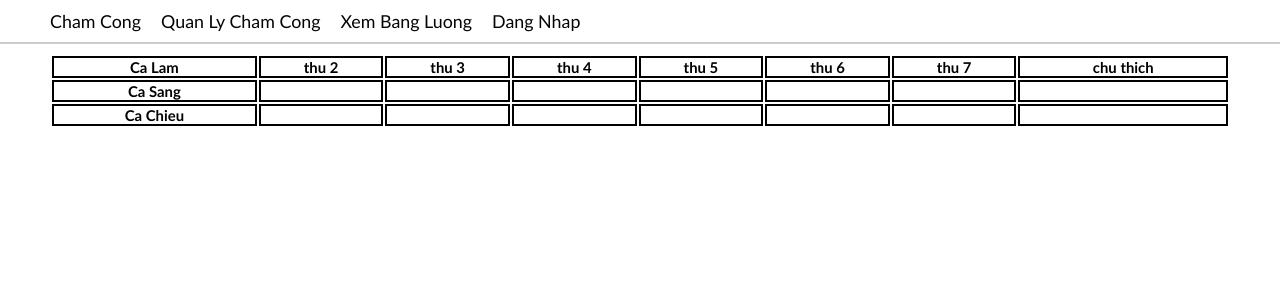
Repository: LDDUNG2003/a
Page: index.html
An editor plug-in stored every save of this project. The page is shown before and after the next save, followed by the edit.
The browser window is 1280 px wide. The pictures show the whole page.

Above is the page before, as saved 2023-10-14 20:03:31.

### index.html
<!DOCTYPE html>
<html lang="en">

<head>
    <meta charset="UTF-8">
    <meta name="viewport" content="width=device-width, initial-scale=1.0">
    <title>trang chu</title>
    <link rel="stylesheet" href="./controlView/css/base.css">
    <link rel="stylesheet" href="./controlView/css/index.css">
</head>

<body>
    <div class="main">
        <!-- start header -->
        <header class="app__header">
            <nav class="navBar">
                <ul class="navBar-list">
                    <li class="navBar--items"><a href="" class="navbar--link">Cham cong</a></li>
                    <li class="navBar--items"><a href="" class="navbar--link">Quan ly cham cong</a></li>
                    <li class="navBar--items">
                        <a href="" class="navbar--link">Xem bang luong</a></li>
                    <!-- login  -->
                    <li class="navBar--items">
                        <a href="./login.html" class="navbar--link">dang nhap</a></li>
                    <!-- admin menu -->
                    <!-- <li class="navBar--items">
                        admin
                        <ul class="account-list">
                            <li class="account--item"><a href="" class="navbar--link">admin</a></li>
                            <li class="account--item"><a href="" class="navbar--link">quan li nhan su</a></li>
                            <li class="account--item"><a href="" class="navbar--link">dang xuat</a></li>
                        </ul>
                    </li> -->
                    <!-- personnel menu -->
                    <!-- <li class="navBar--items">
                        account name
                        <ul class="account-list">
                            <li class="account--item"><a href="" class="navbar--link">cai dat tai khoan</a></li>
                            <li class="account--item"><a href="" class="navbar--link">dang ki ca lam</a></li>
                            <li class="account--item"><a href="" class="navbar--link">dang xuat</a></li>
                        </ul>
                    </li> -->
                </ul>
            </nav>
        </header>
        <!-- end header -->

        <!-- start content -->
        <div class="app__content">
            <table class="content-table">
                <tr class="table--row">
                    <th class="table--item-impotain">Ca Lam</th>
                    <th class="table--item">thu 2</th>
                    <th class="table--item">thu 3</th>
                    <th class="table--item">thu 4</th>
                    <th class="table--item">thu 5</th>
                    <th class="table--item">thu 6</th>
                    <th class="table--item">thu 7</th>
                    <th class="table--item">chu thich</th>
                </tr>
                <tr class="table--row">
                    <th class="table--item-impotain">Ca sang</th>
                    <th class="table--item"></th>
                    <th class="table--item"></th>
                    <th class="table--item"></th>
                    <th class="table--item"></th>
                    <th class="table--item"></th>
                    <th class="table--item"></th>
                    <th class="table--item"></th>
                </tr>
                <tr class="table--row">
                    <th class="table--item-impotain">Ca chieu</th>
                    <th class="table--item"></th>
                    <th class="table--item"></th>
                    <th class="table--item"></th>
                    <th class="table--item"></th>
                    <th class="table--item"></th>
                    <th class="table--item"></th>
                    <th class="table--item"></th>
                </tr>
            </table>
        </div>
        <!-- end content -->
    </div>
</body>

</html>

### controlView/css/base.css
:root {
    --primary-color: #0066cc;
    --text-color: #040404;
}

* {
    padding: 0px;
    margin: 0px;
    font-family: 'Trebuchet MS', 'Lucida Sans Unicode', 'Lucida Grande', 'Lucida Sans', Arial, sans-serif;
}

html,
body {
    font-size: 0.62rem;
}

.main {}

.app__header {
    width: 100%;
    border-bottom: solid 2px #ccc;
    background-color: #fff;
}

.navBar {
    width: 100%;
    max-width: 1200px;
    margin: auto;
    cursor: pointer;
}

.navBar-list {
    display: flex;
    list-style: none;
}

.navBar--items {
    padding: 10px 10px;
    font-size: 1.8rem;
    position: relative;
    text-transform: capitalize;
    color: var(--text-color);
}

.navBar--items::after {
    content: '';
    padding-top: 5px;
    top: 80%;
    left: 10px;
    display: none;
    /* width: 0px; */
    background-color: var(--primary-color);
    position: absolute;
    width: 70px;
}

.navBar--items:hover .navBar--items::after {
    display: block;
}

.navbar--link {
    text-decoration: none;
    color: inherit;
}

.account-list {
    position: absolute;
    width: 150px;
    display: none;
    list-style: none;
    padding: 4px;
    color: var(--text-color);
    top: 100%;
    left: 0px;
    box-shadow: #414141;
    background-color: white;
}

.navBar--items:hover .account-list {
    display: block;
}

.account--item {
    padding: 5px 0px;
    border-bottom: solid 1px #ccc;
}

### controlView/css/index.css
.app__content {
    width: 100%;
    max-width: 1200px;
    margin: auto;
}

.content-table {
    padding: 10px;
    width: 100%;
    font-size: 1.5rem;
}

.table--row {}

.table--item {
    border: solid 2px #000;
}

.table--item-impotain {
    border: solid 2px #000;
    text-transform: capitalize;
}

After the next save:
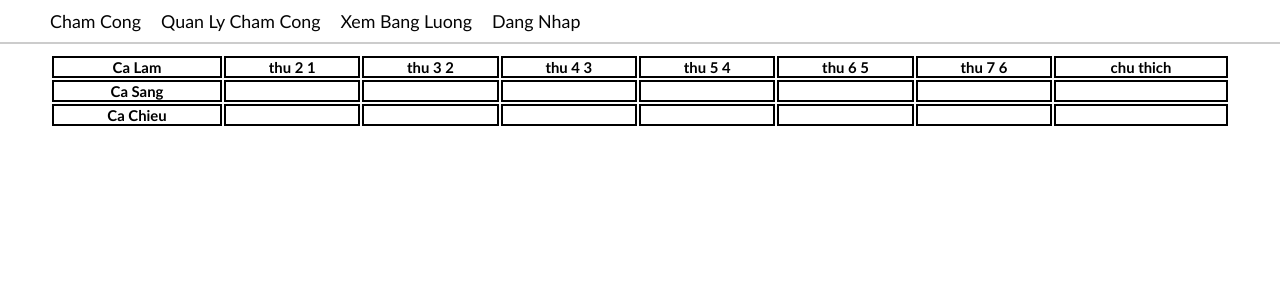
Saved 2 min 10 s later.
--- a/index.html
+++ b/index.html
@@ -50,12 +50,24 @@
             <table class="content-table">
                 <tr class="table--row">
                     <th class="table--item-impotain">Ca Lam</th>
-                    <th class="table--item">thu 2</th>
-                    <th class="table--item">thu 3</th>
-                    <th class="table--item">thu 4</th>
-                    <th class="table--item">thu 5</th>
-                    <th class="table--item">thu 6</th>
-                    <th class="table--item">thu 7</th>
+                    <th class="table--item">thu 2
+                        <span class="table-date--item">1</span>
+                    </th>
+                    <th class="table--item">thu 3
+                        <span class="table-date--item">2</span>
+                    </th>
+                    <th class="table--item">thu 4
+                        <span class="table-date--item">3</span>
+                    </th>
+                    <th class="table--item">thu 5
+                        <span class="table-date--item">4</span>
+                    </th>
+                    <th class="table--item">thu 6
+                        <span class="table-date--item">5</span>
+                    </th>
+                    <th class="table--item">thu 7
+                        <span class="table-date--item">6</span>
+                    </th>
                     <th class="table--item">chu thich</th>
                 </tr>
                 <tr class="table--row">
